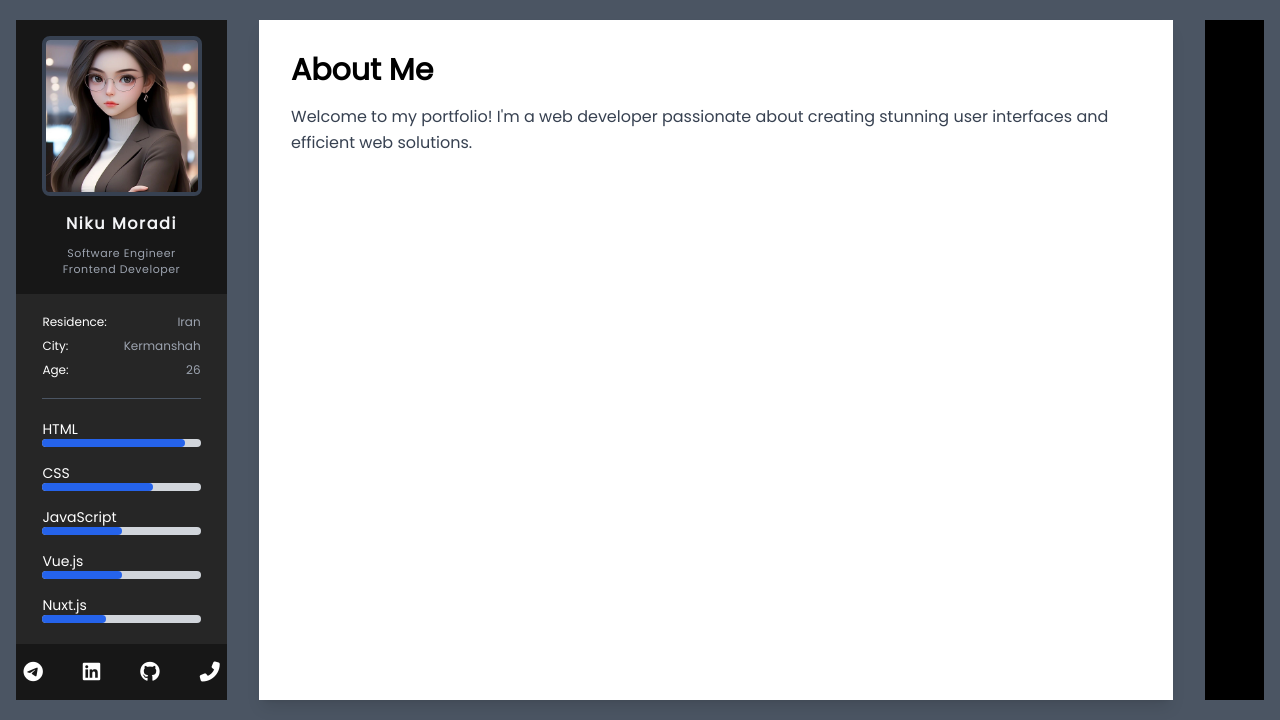
Repository: NikuMoradi/niku-moradi
Page: /
An editor plug-in stored every save of this project. The page is shown before and after the next save, followed by the edit.
The browser window is 1280 px wide. The pictures show the whole page.
The project was rebuilt for these pictures with package versions that can differ from the ones it lists, and the page was loaded fresh each time. The framework's server and built-in components were replaced by stand-ins that run in the browser. Also part of the build but not shown: nuxt.config.ts, components/Blog Posts/Component-Design.vue, components/Blog.vue, components/Contact.vue, components/Education.vue, components/Experience.vue, components/Hero.vue, components/Menu.vue and 3 more.

Above is the page before, as saved 2024-11-29 12:16:50.

After the next save:
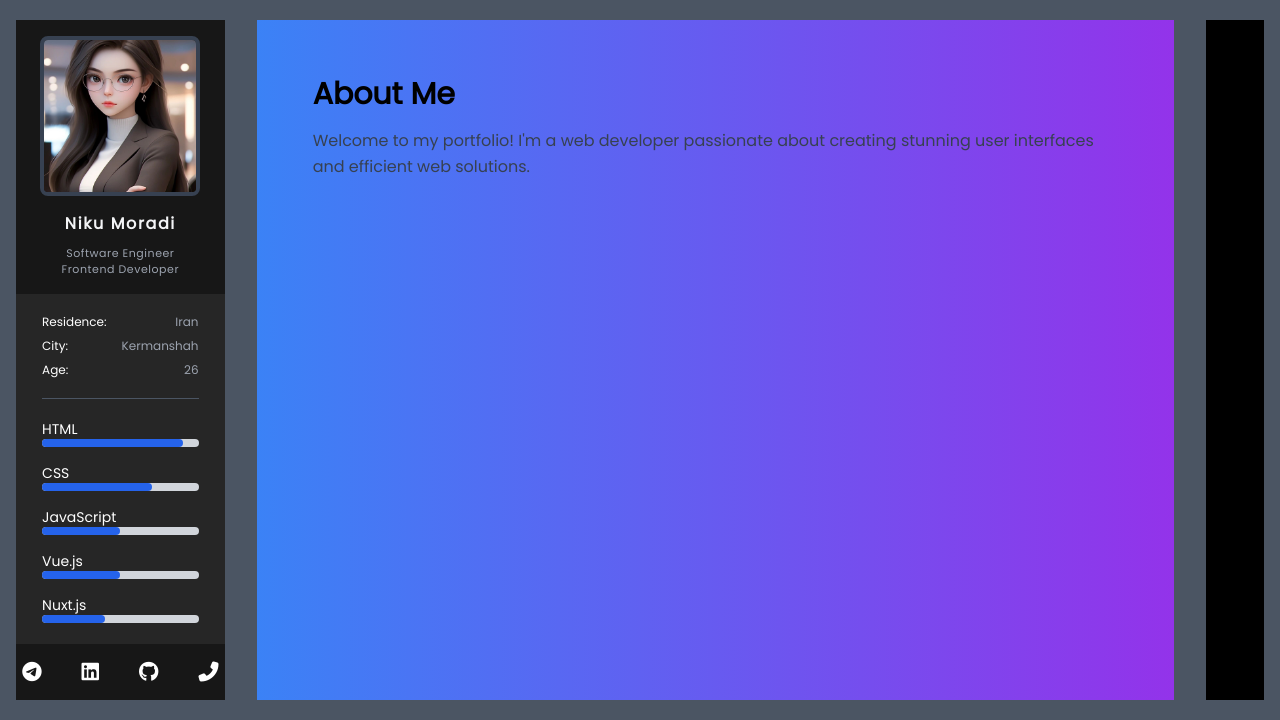
Saved 5 min 14 s later.
--- a/layouts/default.vue
+++ b/layouts/default.vue
@@ -6,7 +6,7 @@
 
     <!-- Fixed Width Centered Card -->
     <div
-      class="bg-white shadow-lg w-full max-w-5xl overflow-hidden"
+      class="bg-gradient-to-r from-blue-500 to-purple-600 p-6 w-full max-w-5xl overflow-hidden"
       style="height: calc(100vh - 40px)"
     >
       <!-- Scrollable Content -->
